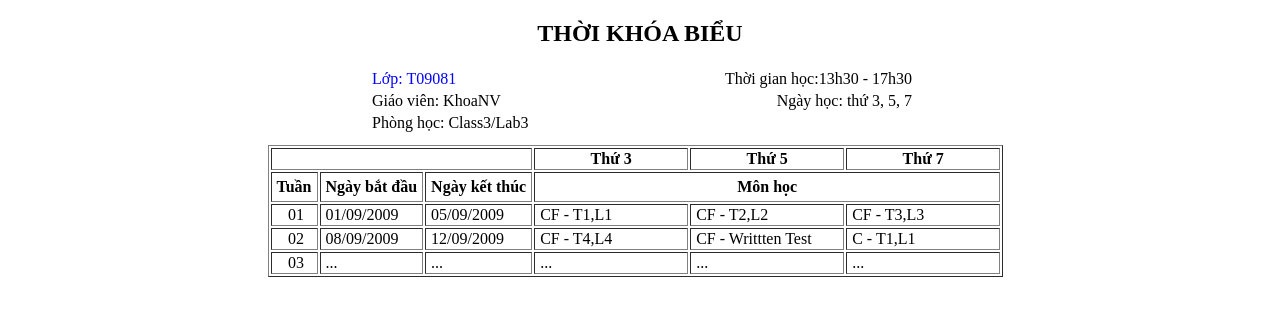
Repository: Lehuyhuynh/BT1-HTML
Page: index.html
An editor plug-in stored every save of this project. The page is shown before and after a run of saves, followed by the edit.
The browser window is 1280 px wide. The pictures show the whole page.

Above is the page before, as saved 2023-08-06 22:23:02.

After the next 6 saves:
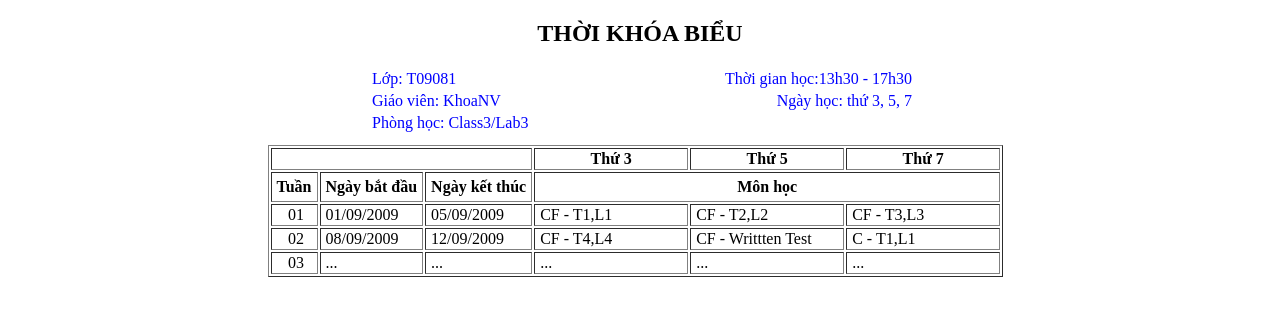
The 6 saves are shown as one change because they came seconds apart.
The last was saved 23 s later.
--- a/index.html
+++ b/index.html
@@ -51,14 +51,14 @@
       <table id="table1">
           <tr>
               <td align="left" style="color: blue;">Lớp: T09081</td>
-              <td align="right">Thời gian học:13h30 - 17h30</td>
+              <td align="right" style="color: blue;">Thời gian học:13h30 - 17h30</td>
           </tr>
           <tr>
-              <td align="left">Giáo viên: KhoaNV</td>
-              <td align="right">Ngày học: thứ 3, 5, 7 </td>
+              <td align="left" style="color: blue;">Giáo viên: KhoaNV</td>
+              <td align="right" style="color: blue;">Ngày học: thứ 3, 5, 7 </td>
           </tr>
           <tr>
-              <td align="left">Phòng học: Class3/Lab3</td>
+              <td align="left" style="color: blue;">Phòng học: Class3/Lab3</td>
           </tr>
       </table>
   </div>
